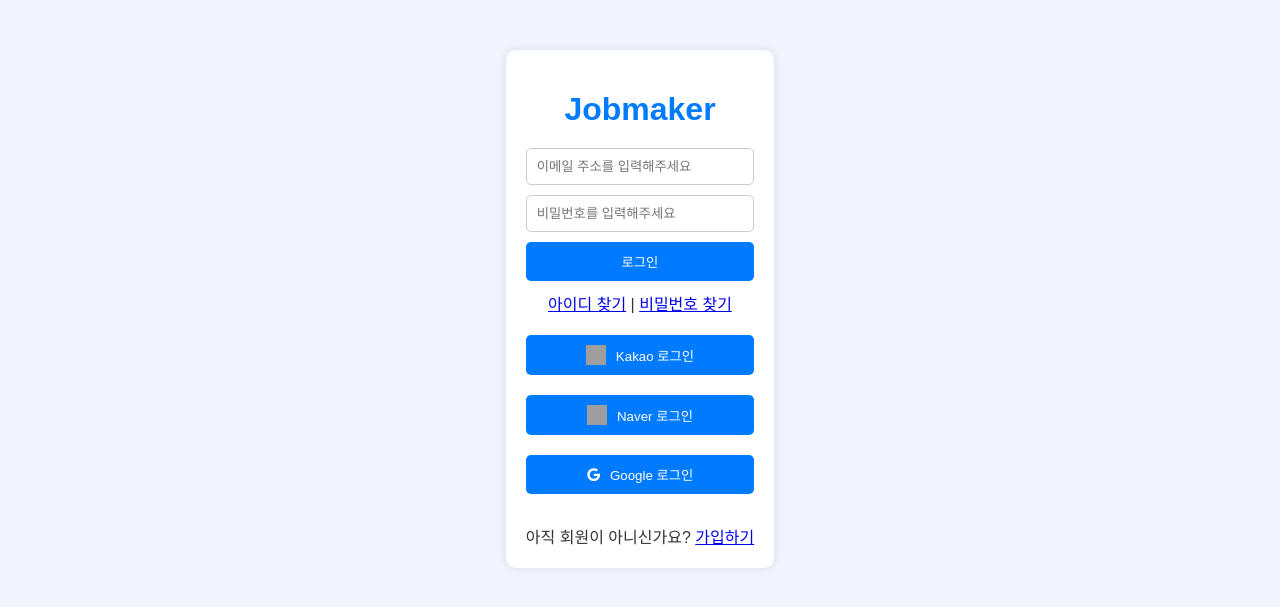
Repository: HSfac/jobmaker
Page: /login
These files come from the project's save history. The page is drawn as it stood at one moment and after the next save; the edit follows.
The browser window is 1280 px wide. The pictures show the whole page.
Pictures or frames that could not be fetched are drawn as grey boxes. The project was rebuilt for these pictures with package versions that can differ from the ones it lists, and the page was loaded fresh each time. Also part of the build but not shown: src/components/ToolCard.css, src/components/ToolCard.jsx, src/pages/MainPage.css, src/pages/MainPage.jsx, src/components/Header.css, src/components/Header.jsx, src/components/Footer.css, src/components/Footer.jsx and 13 more.

Above is the page before, as saved 2024-07-12 23:07:50.

After the next save:
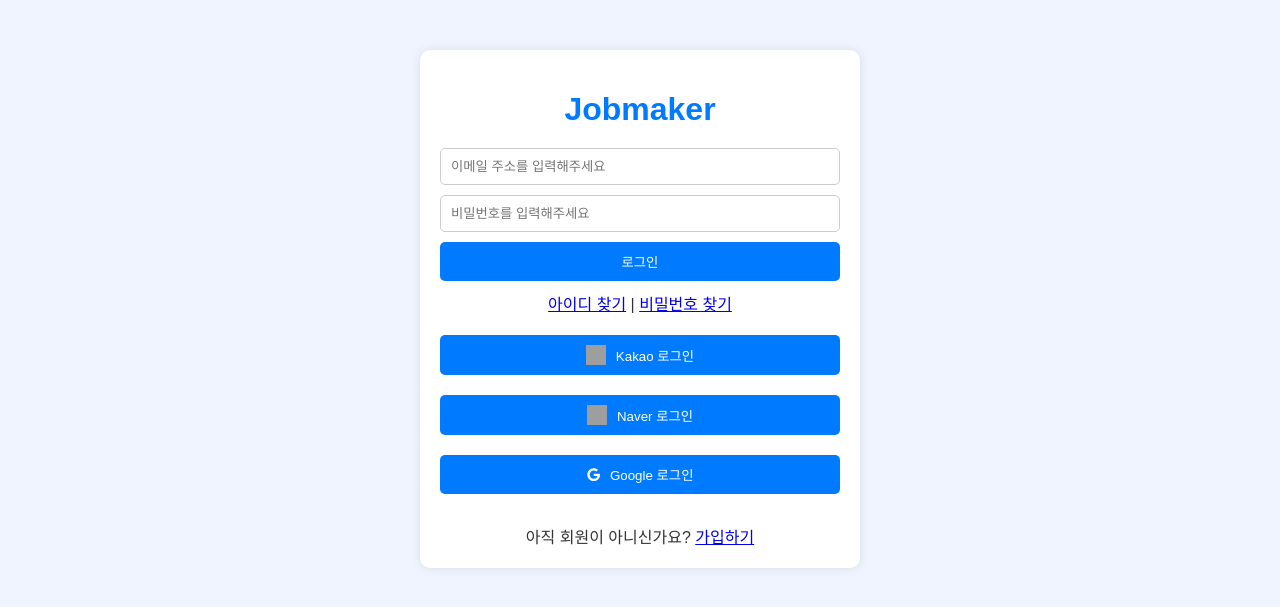
Saved 8 s later.
--- a/src/pages/LoginPage.css
+++ b/src/pages/LoginPage.css
@@ -1,5 +1,5 @@
 .login-page {
-  max-width: 400px;
+  width: 400px;
   margin: 0 auto;
   margin-top: 50px;
   padding: 20px;
